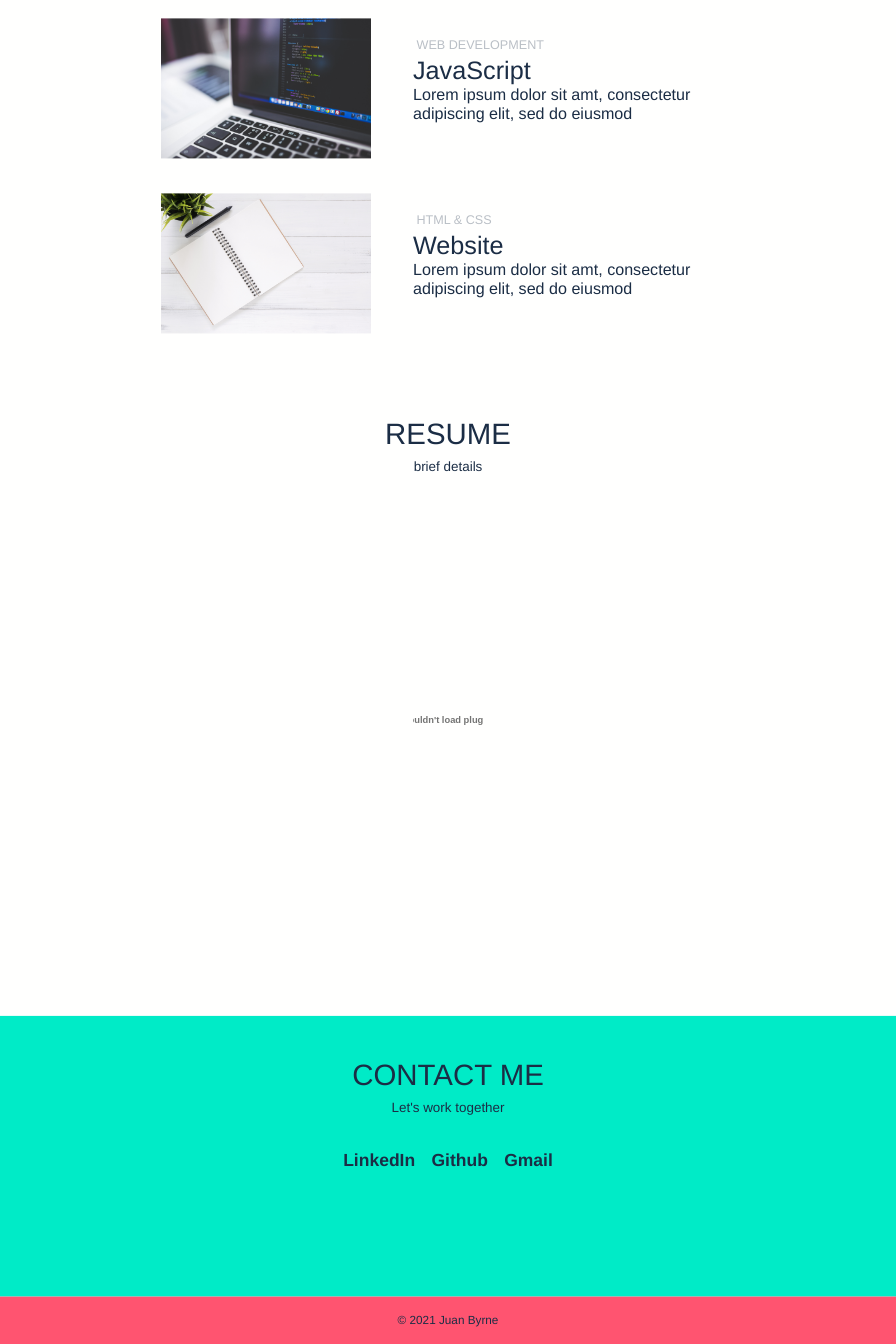
Repository: jb150524/JB-Portfolio
Page: index.html
These files come from the project's save history. The page is drawn as it stood at one moment and after the next save; the edit follows.
The browser window is 1280 px wide. The pictures show the part of the page from y = 2556 to 4476 px (the page is 4476 px tall before and 4276 px after), at 70% of full size.
Some icons come from a web library that is not loaded, so they are not drawn.

Above is the page before, as saved 2021-07-28 00:05:23.

### index.html
<!DOCTYPE html>
<!-- saved from url=(0053)file:///Users/jja/FullStack_HW/juanwebsite/index.html -->

    <html lang="en"><head><meta http-equiv="Content-Type" content="text/html; charset=UTF-8">

    <meta http-equiv="X-UA-Compatible" content="IE=edge">
    <meta name="viewport" content="width=device-width, initial-scale=1.0">

    <!-- CSS style sheet -->
    <link rel="stylesheet" href="style.css">



    <title>Juan's Portfolio</title>
    </head>

    <body>
    <header>
      <nav class="top-nav">
       <ul class="nav-list">
       <li>
       <a href="file:///Users/jja/FullStack_HW/juanwebsite/index.html">Home</a>
       <a href="file:///Users/jja/FullStack_HW/juanwebsite/index.html#about">About</a>
       <a href="file:///Users/jja/FullStack_HW/juanwebsite/index.html#portfolio">Portfolio</a>
       <a href="file:///Users/jja/FullStack_HW/juanwebsite/index.html#resume">Resume</a>
       <a href="file:///Users/jja/FullStack_HW/juanwebsite/index.html#contact">Contact</a>
       </li>
      </ul>
      </nav>

    <div class="main">
      <div class="landing-text">
        <h1>JuanByrne</h1>
        <h6>Graphic Designer and Web Developer</h6>
      </div>
    </div>
    </header>

    <section class="about" id="about">
      <div class="container">
          <a class="about-details">
        <div class="about-heading">
          <h1>About</h1>
          <h6>Myself</h6>
        </div>
        <p>
        I'm a Graphic Designer trying to become a full stack developer. I am from Guadalajara, Mexico. I was born in Mexico, but at a young age I moved to the USA. One of my favorite hobbies is playing competative soccer. Playing soccer has taught me perseverance, how to be a team player, and most importantly how to lose. I currently live in Wayne, Pennsylvania, but have previously lived in Guadalajara, Mexico and Orange County, California. I want to become a web developer because I want to learn a skill that motivates me and pushes me to try new things. I am excited about web developing and want a career that gives me a spark, like I get when I play soccer, with competitiveness, passion, and the belief that I can succeed.
        </p>
          </a>
      </div>
    </section>
      <a class="about-details">
        <section class="experience" id="experience">
            <div class="container">
              <div class="section-heading">
                <h1>Experience</h1>
                <h6>What I can do for you</h6>
              </div>
        <div class="my-skills">
          <div class="skills" ="">
           <div class="icon-container">
            <i class="fas fa-code"></i>
          </div>
            <h1>Graphic Designer</h1>
            <p>
            I'm a Graphic Designer with 2 years of experience working in the advertising industry. Possesses a high degree of competence using programs such as Adobe Photoshop, InDesign, and HTML & CSS.
            </p>
        </div>

        <div class="skills">
          <div class="icon-container">
            <i class="fas fa.codse"></i>
          </div>
            <h1>Web Development</h1>
            <p>
            Learning to become a Web developer and to sharpen my skills. I have a great understanding in Javascript and HTML & CSS.
            </p>
          </div>
        </div>
        </div>
      </section>
    </a>

      <section class="portfolio" id="portfolio"><a class="about-details"></a>
        <div class="container"><a class="about-details">
          <div class="section-heading">
            <h1>Portfolio</h1>
            <h6>View my recent work</h6>
            </a>
            </div>
          </div>
          <div class="portfolio-item"><a class="about-details">
            <div class="portfolio-img has-margin-right">
              <img src="images/desk.jpg" alt="">
            </a>
            </div>
              </a><div class="portfolio-description"><a class="about-details">
              <h6>Graphic Designer</h6>
              <h1>Illustrator</h1>
              <p>
              Designed content for customer brochure, banners and rack cards using Adobe Illustrator, Adobe InDesign and Photoshop.
              </p>
            </a><a href="file:///Users/jja/FullStack_HW/juanwebsite/index.html#" class="cta"> View Details</a>
        </div>
        </div>
        <div>

     <div class="portfolio-item">
          <div class="portfolio-img has-margin-right">
            <img src="images/laptop.jpg" alt="">
            </div>
            <div class="portfolio-description">
            <h6>Web Development</h6>
            <h1>JavaScript</h1>
            <p>
            Lorem ipsum dolor sit amt, consectetur adipiscing elit, sed do eiusmod
            </p>
            <a href="file:///Users/jja/FullStack_HW/juanwebsite/index.html#" class="cta"> View Details</a>
            </div>
        </div>

      <div>
          <div class="portfolio-item">
            <div class="portfolio-img has-margin-right">
              <img src="images/notebook.jpg" alt="">
              </div>
              <div class="portfolio-description">
              <h6>HTML & CSS</h6>
              <h1>Website</h1>
              <p>
              Lorem ipsum dolor sit amt, consectetur adipiscing elit, sed do eiusmod
              </p>
              <a href="file:///Users/jja/FullStack_HW/juanwebsite/index.html#" class="cta"> View Details</a>
            </div>
          </div>
      </div>
    </section>

    <section class="resume" id="resume">
      <div class="container">
        <div class="section-heading">
        <h1>Resume</h1>
        <h6>brief details</h6>
        <embed src="JByrne Resume 2021 FINAL.pdf" type="application/pdf" width="100xp" height="600px" />
        <!-- <input type="button" value="Download!"> -->
        </div>
        </div>

    <section class="contact" id="contact">
        <div class="container">
          <div class="section-heading">
          <h1>Contact Me</h1>
          <ul>
          <li>
          <h6>Let's work together</h6>
          <a href="file:///Users/jja/FullStack_HW/juanwebsite/www.linkedin.com/in/juan-byrne-43869ab7">LinkedIn</a>
          <a href="https://github.com/jb150524">Github</a>
          <a href="file:///Users/jja/FullStack_HW/juanwebsite/juan1505@gmail.com">Gmail</a>
          </li>
          </ul>
        </div>
       </div>
    </section>

    <footer class="copyright">
      <div class="up" id="up">
       <i class="fas fa-chevron-up"></i>
      </div>
      <p>© 2021 Juan Byrne</p>
    </footer>
  </section>

   <!-- adding icons -->
   <script src="https://fontawesome.com/v5.15/icons/code?style=solid" crossorigin="anonymous"></script>

</body>
</html

### style.css
/* Start global*/

* {
    margin: 0;
    padding: 0;
    box-sizing: border-box;
}

html {
    font-size: 12px;
    font-family: Helvetica, sans-serif;
    /* color: rgb(255, 255, 255); */
}

body {
    width: 100%;
    height: 100%;
    background-color: #fffffe;
    background-size: cover;
}

section {
    padding: 60px 0;
}

h6 {
    color: #1b2d45;
    margin: 5px;
}

a {
    text-decoration: none;
    color: #1b2d45;
}

p {
   font-size: 23px;
   font-weight: 300;
   color: #1b2d45;
}



img {
    max-width: 100%;
    height: auto;
}

.main {
    padding: 16px;
    margin-top: 30px;
    height: 1500px; /* Used in this example to enable scrolling */
  }

/* Start reusable*/

.container {
    width: 50%;
    max-width: 120rem;
    height: 100%;
    margin: 0 auto;
    position: relative;
}

.container-details p {
    font-size: 200px;
    padding: 35px;
}

.section-heading {
    text-align: center;
    margin-bottom: 10rem;
}

.section-heading h1 {
    font-family: major mono display, Helvetica, sans-serif;
    font-size: 3.5rem;
    color: #1b2d45;
    text-transform: uppercase;
    font-weight: 300;
    position: relative;
    margin-bottom: 1rem;
}

.section-heading h1::before,
.section-heading h1::after {
    content: "";
    position: absolute;
    bottom: -.5rem;
    left: 50%;
    transform: translateX(-59%);
    background: color #fff8e8;
}

.section-heading h1::before {
    width: 10rem;
    height: 3px;
    border-radius: .8rem;
}

.section-heading h1::after {
    height: 1.5rem;
    border-radius: .100%;
    bottom: 1rem;
}

.section-heading h6 {
    font-size: 1.6rem;
    font-weight: 300;
    margin-bottom: 50px;
}

.has-margin-right {
    margin-right: 5rem;
}
/* End reusable*/

/* Start header*/
header {
    width: 100%;
    height: 100vh;
}

.nav-list {
    z-index: 2;
    top: 0;
    background:#00ebc7;
    overflow: hidden;
    font-size: 35px;
    font-family: major mono display;
    margin: 0;
    padding: 20px;
    position: fixed;
    list-style: none;
    width: 100%;
    display: flex;
    justify-content: center;
    align-items: flex-start;
    text-decoration: none;
}

li {
    margin: 0;
    list-style: none;
}

.nav-link {
    font-family: Arial, Helvetica, sans-serif;
    font-size: 15px;
    padding: 5px;
}

.nav-link:hover,
.nav-ink:focus {
    background: linear-gradient(to top, #5725b3, #9e91e9 );
    -webkit-background-clip: text;
    -webkit-text-fill-color: transparent;

}

.landing-text{
    position: absolute;
    top: 50%;
    left: 50%;
    transform: translate(-50%, -50%);
    width: 100%;
    text-align: center;
    z-index: 1;
}

.landing-text h1 {
    font-size: 150px;
    font-family: major mono display, Helvetica, sans-serif, Helvetica, sans-serif;
    background: linear-gradient(to top, #110202, #000000 );
    -webkit-background-clip: text;
    -webkit-text-fill-color: transparent;
    padding: 1rem;
    user-select: none;

}

.landing-text h6 {
    font-size: 2rem;
    font-weight: 300;
}
/* End header*/

.about .container {
    display: flex;
    align-items: center;
    justify-content: center;
}

.about-heading {
    text-align: center;
    text-transform: uppercase;
    line-height: 10px;
    margin-bottom: 6rem;
}

.about-heading h1 {
    font-size: 10rem;
    opacity: .3;
    font-family: major mono display;
}

.about-heading h6 {
    font-size: 2rem;
    font-weight: 300;
}

/* .about-container p {
   font-size: 50px;
} */

.profile-img {
    max-width: 100%;
    display: inline-block;
}

/* Start services*/

.my-skills {
    display: grid;
    grid-template-columns: repeat(auto-fit, minmax(25rem, 1fr));
    grid-gap: 2.5rem;
    text-align: center;
}

.skills p {
    padding: 15px 5px 5px 5px;
    text-align: left;
}

.skills h1 {
    text-transform: uppercase;
    letter-spacing: 2px;
    margin: 2rem -2px 2rem 0;
}

.icon-container {
    width: 10rem;
    height: 10rem;
    border: 2px solid #1b2d45;
    background-color: #00ebc7;
    margin-bottom: 2rem;
    display: inline-block;
}

.icon-container i {
    color:#1b2d45;
    font-size: 5rem;
    margin: auto;
}
/* End services*/

/* Start portfolio*/

.portfolio-item {
    display: flex;
    align-items: end;
    justify-content: center;
    flex-direction: row;
    flex-wrap: wrap;
    align-content: stretch;
    margin-bottom: 50px;

}
.portfolio-img {
    width: 300px;
    height: 200px;
    background-size: 100%;
}

.portfolio-item:last-child {
    margin: 0;
}

.portfolio-description {
    flex: .5;
    color: #1b2d45;

}

.portfolio-description h1 {
    font-size: 3rem;
    font-weight: 300;
    margin: 1px 0;
    display: contents;
}

.portfolio-description h6 {
    font-size: 1.5rem;
    text-transform: uppercase;
    font-weight: 300;
    opacity: 0.3;
}

.portfolio-description .cta {
    display: inline-block;
    margin-top: 2.5rem;
    font-size: 1.5rem;
    text-transform: uppercase;
    color: #fffffe;
    transition: color 650ms;
}

.portfolio-description .cta:hover {
    color: #2f67cd;
}
/* End portfolio*/


/*Star contact*/

.contact {
    background-color:#00ebc7;
}

.contact a {
    font-weight: bold;
    margin: 10px;
    margin-top: 20px;
    padding: 15px 0;
    text-align: center;
    font-size: 25px;
}

/*End contact*/

/*Star footer*/

.copyright {
    width: 100%;
    text-align: center;
    background-color:#ff5470;
    padding: 2rem 0;
    position: absolute;
    display: block;
}

/* .up {
    position: absolute;
    width: 5rem;
    height: 5rem;
    background-color: burlywood;
    top: -2.5rem;
    right: 5rem;
    border-radius: 100%;
    display: flex;
    animation: pulse 2s infinite;
    cursor: pointer;
}

.up i {
    color: navy;
    font-size: 2rem;
    margin: auto;
} */

.copyright p {
    font-size: 1.4rem;
}
/*End footer*/

/*Start Button animation*/

@keyframes pulse {
    0%{
        box-shadow: 0 0 0 0 rgba(253, 87, 191, 0.99);
    }
    70%{
        box-shadow: 0 0 0 2rem rgba(253, 87, 191, 0);
    }
    100%{
        box-shadow: 0 0 0 0 rgba(253, 87, 191, 0);
    }
}
/*End Button animation*/

/*Start media queries*/

@media screen and (max-width: 768px) {
    body {
        background-color: #fffffe;
        background-size: cover;
    }

    .landing-text h1 {
        font-size: 70px;
    }

    .landing-text h6 {
        font-size: 1.7rem;
    }

    .nav-list {
        font-size: 15px;
    }

    li {
        margin: 2rem 0;
    }

    .nav-ink {
        font-size: 4.5rem;
    }

    .about-heading {
        font-size: 15px;
    }

    .section-heading h1 {
        font-size: 3rem;
    }

    .about-details .nav-list {
        flex-direction: initial;
    }

    .about-details li {
        font-size: 10px;
        margin: 0 2rem;
    }

@media screen and (max-width: 600px) {

    .landing-text h1 {
        font-size: 8rem;
    }

    .landing-text h6 {
        font-size: 1.4rem;
    }

    .nav-link {
        font-size: 3.5rem;
    }

    .profile-img {
        margin-top: 0 0 7rem 0;
    }

    .portfolio-item {
        flex-direction: column;
    }

    .portfolio-img {
        margin: 0 0 2rem 0;
        order: 1;
    }

    .portfolio-description {
        margin: 0;
        order: 2;
    }

    form {
        width: 100%;
    }

    .up {
        right: 2rem;
    }
}
/*End media queries*/

After the next save:
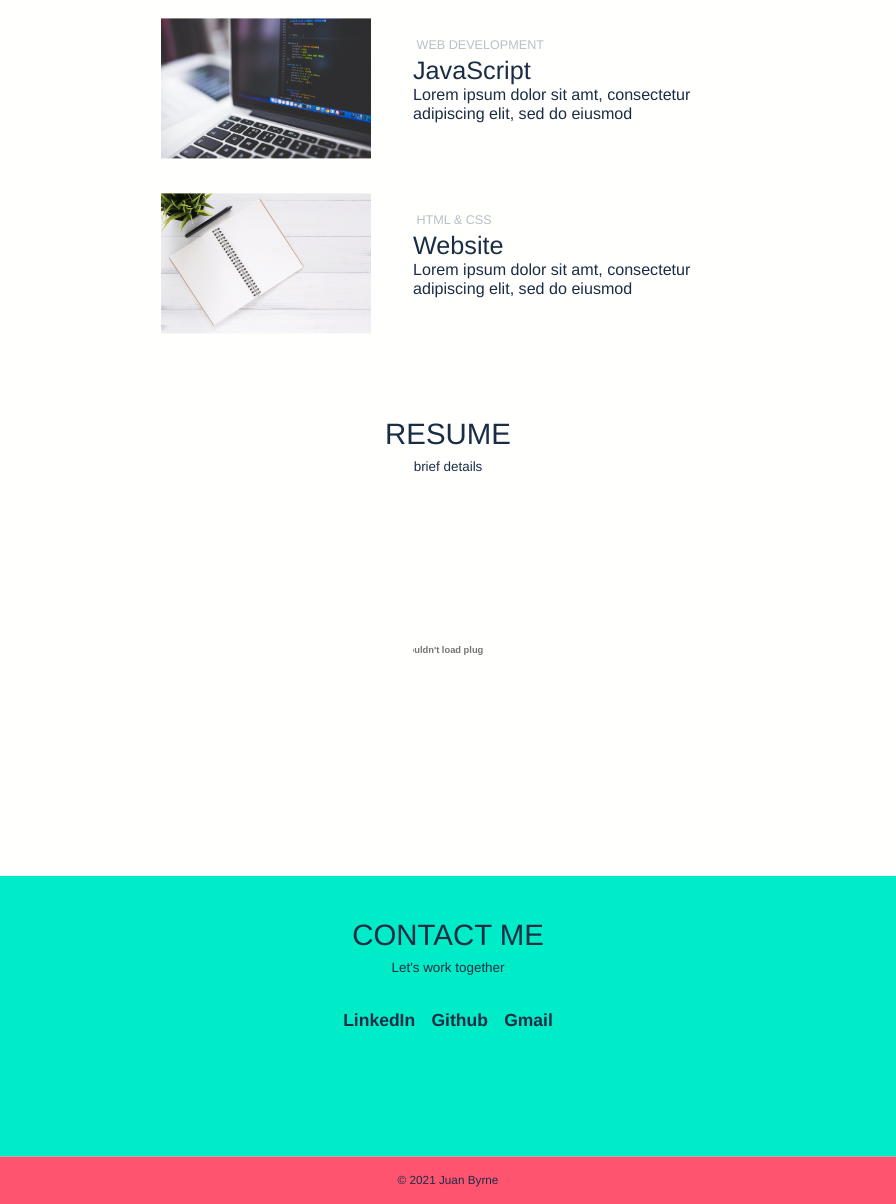
Saved 43 s later.
--- a/index.html
+++ b/index.html
@@ -141,7 +141,7 @@
         <div class="section-heading">
         <h1>Resume</h1>
         <h6>brief details</h6>
-        <embed src="JByrne Resume 2021 FINAL.pdf" type="application/pdf" width="100xp" height="600px" />
+        <embed src="JByrne Resume 2021 FINAL.pdf" type="application/pdf" width="100xp" height="400px" />
         <!-- <input type="button" value="Download!"> -->
         </div>
         </div>
